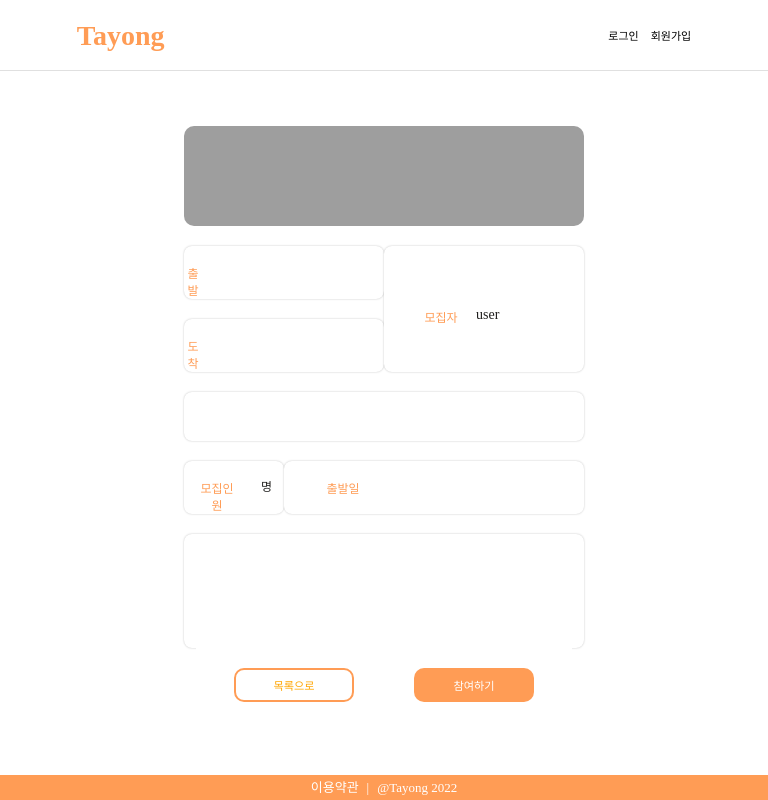
Repository: YEOMJINSEOP/Tayong
Page: /detail (app in react/)
The author's editor kept a copy of each file at every save. The page is drawn from the files as they stood at one save, then again after the next save.
The browser window is 768 px wide. The pictures show the whole page.
Pictures or frames that could not be fetched are drawn as grey boxes. The page's requests for data from a server got no answer. Some web fonts or font styles are not loaded; a fallback is used. The project was rebuilt for these pictures with package versions that can differ from the ones it lists, and the page was loaded fresh each time. No one was signed in, and anything a server would have sent is missing. Also part of the build but not shown: react/src/components/departure/departure.jsx, react/src/components/arrival/arrival.jsx, react/src/components/locationSelector/locationSelector.jsx, react/src/pages/Home.jsx, react/src/components/meet/meet.jsx, react/src/components/list/meetList.jsx, react/src/pages/List.jsx, react/src/components/form/form.jsx and 5 more.

Above is the page before, as saved 2022-12-09 10:41:14.

After the next save:
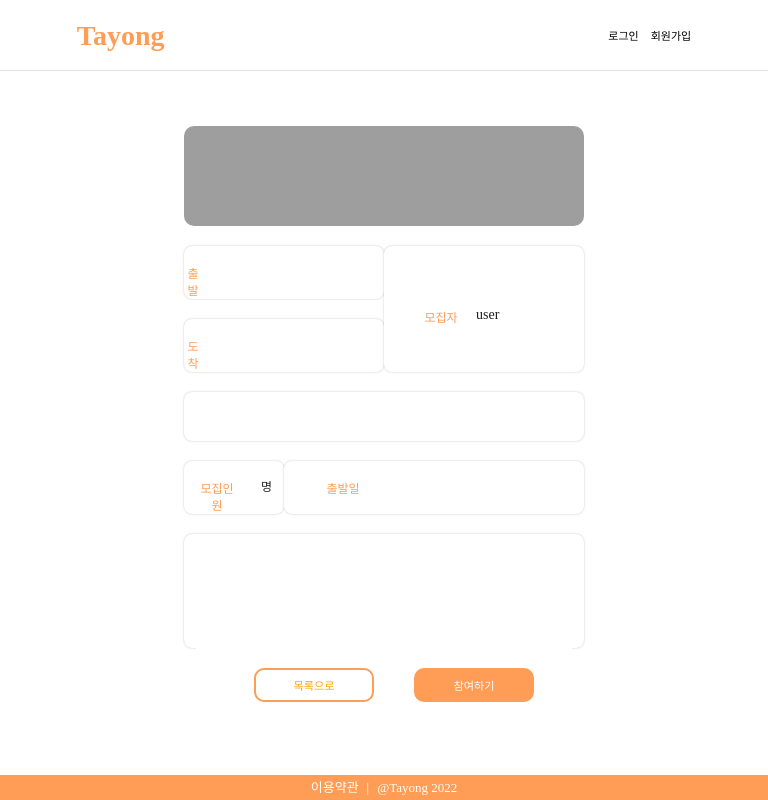
Saved 13 s later.
--- a/react/src/components/meetDetail/meetDetail.module.css
+++ b/react/src/components/meetDetail/meetDetail.module.css
@@ -250,6 +250,6 @@ button {
 
   button {
     width: 120px;
-
-  }
-}
+    margin-left: 20px;
+  }
+}
